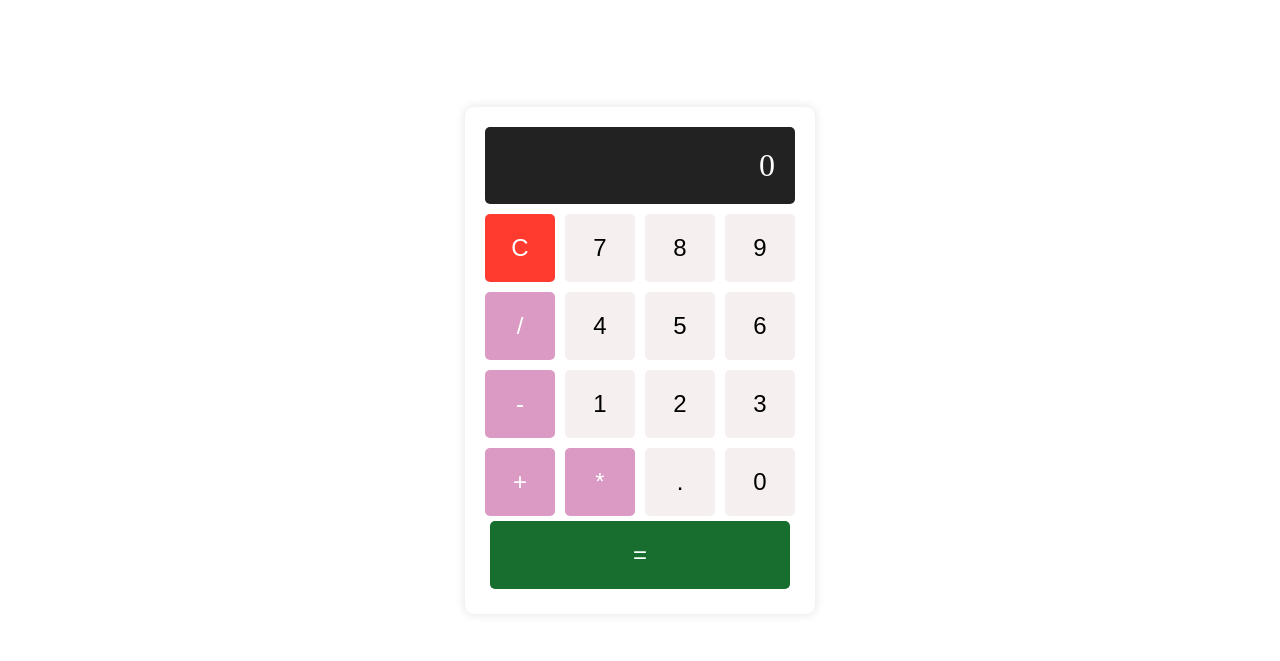
Repository: alizey12/calculator
Page: index.html
The author's editor kept a copy of each file at every save. The page is drawn from the files as they stood at one save, then again after a run of saves.
The browser window is 1280 px wide. The pictures show the whole page.

Above is the page before, as saved 2024-11-23 20:18:21.

After the next 2 saves:
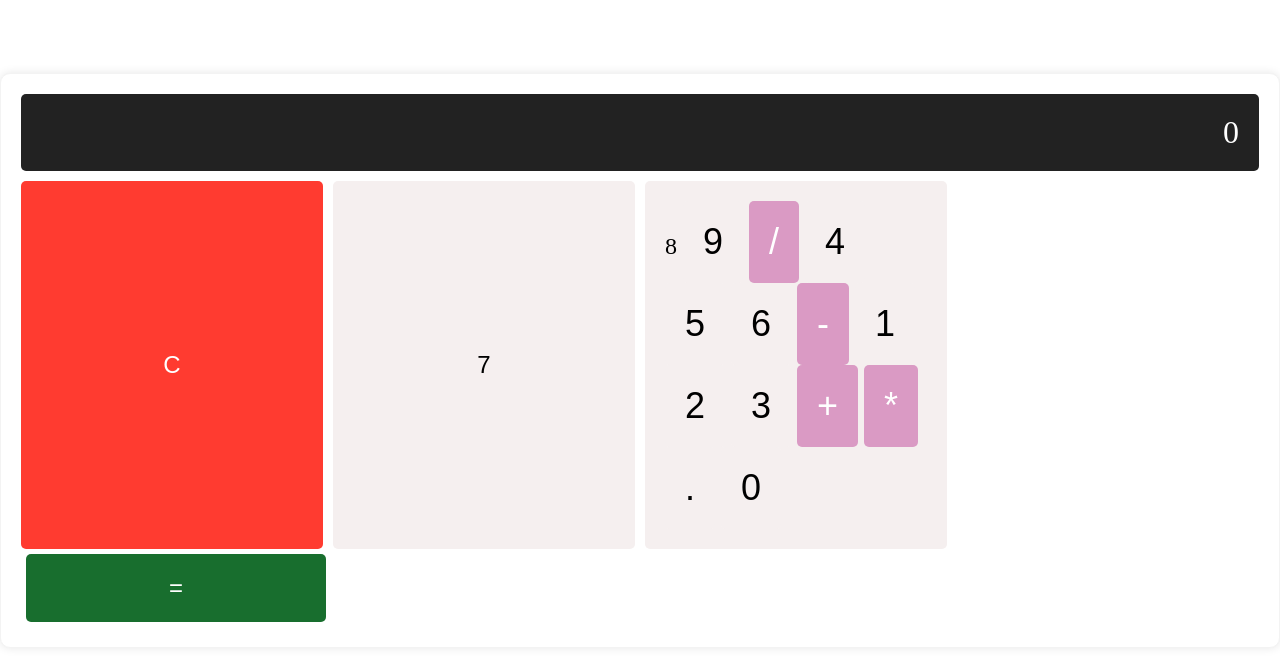
The 2 saves are shown as one change because they came seconds apart.
The last was saved 28 s later.
--- a/index.html
+++ b/index.html
@@ -13,21 +13,21 @@
 
 
                 <button class="btn" id="clear">C</button>
-                <button  class="btn">7</button>
-                <button class="btn">8</button>
-                <button class="btn">9</button>
+                <button onclick="appendValue('7')"  class="btn">7</button>
+                <buttononclick="appendValue('7')"  class="btn">8</buttononclick=>
+                <button onclick="appendValue('7')" class="btn">9</button>
                 <button class="btn operator">/</button>
-                <button class="btn">4</button>
-                <button class="btn">5</button>
-                <button class="btn">6</button>
+                <button onclick="appendValue('7')" class="btn">4</button>
+                <button onclick="appendValue('7')" class="btn">5</button>
+                <button onclick="appendValue('7')" class="btn">6</button>
                 <button class="btn operator">-</button>
-                <button class="btn">1</button>
-                <button class="btn">2</button>
-                <button class="btn">3</button>
+                <button onclick="appendValue('7')" class="btn">1</button>
+                <button onclick="appendValue('7')" class="btn">2</button>
+                <button onclick="appendValue('7')" class="btn">3</button>
                 <button class="btn operator">+</button>
                 <button class="btn operator">*</button>
-                <button class="btn">.</button>
-                <button class="btn">0</button>
+                <button onclick="appendValue('7')" class="btn">.</button>
+                <button onclick="appendValue('7')" class="btn">0</button>
 
 
 

After the save that followed:
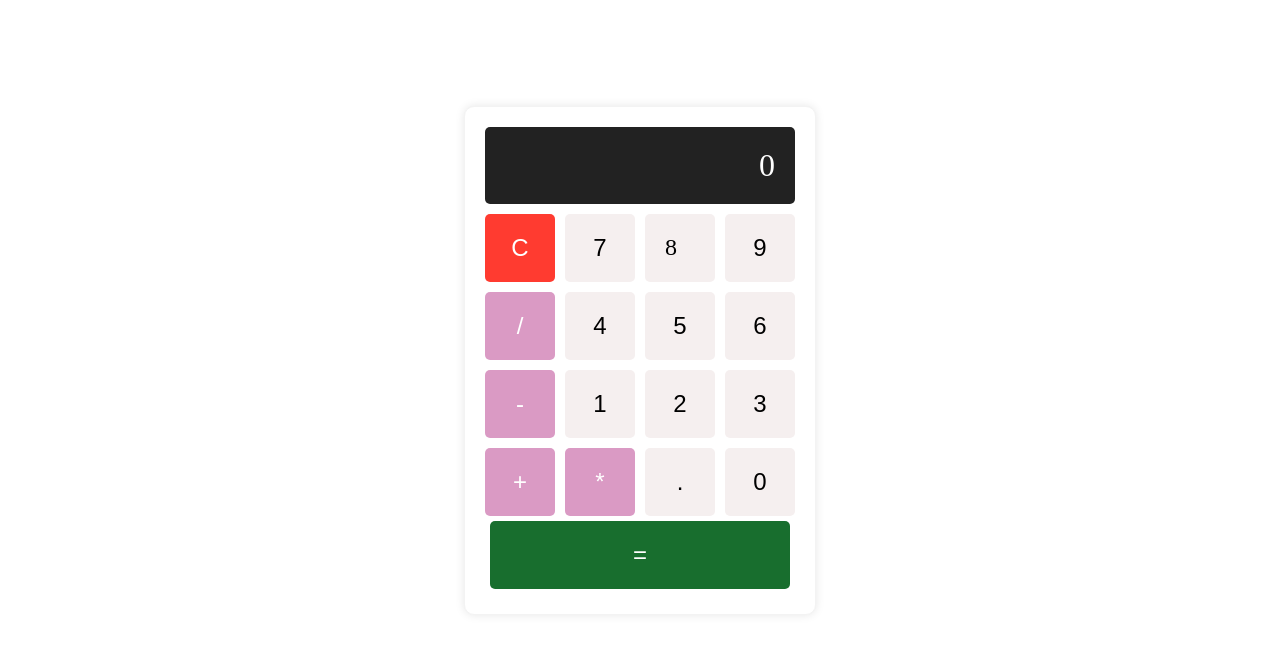
Saved 5 s later.
--- a/index.html
+++ b/index.html
@@ -14,7 +14,7 @@
 
                 <button class="btn" id="clear">C</button>
                 <button onclick="appendValue('7')"  class="btn">7</button>
-                <buttononclick="appendValue('7')"  class="btn">8</buttononclick=>
+                <buttonon click="appendValue('7')"  class="btn">8</buttonon>
                 <button onclick="appendValue('7')" class="btn">9</button>
                 <button class="btn operator">/</button>
                 <button onclick="appendValue('7')" class="btn">4</button>
